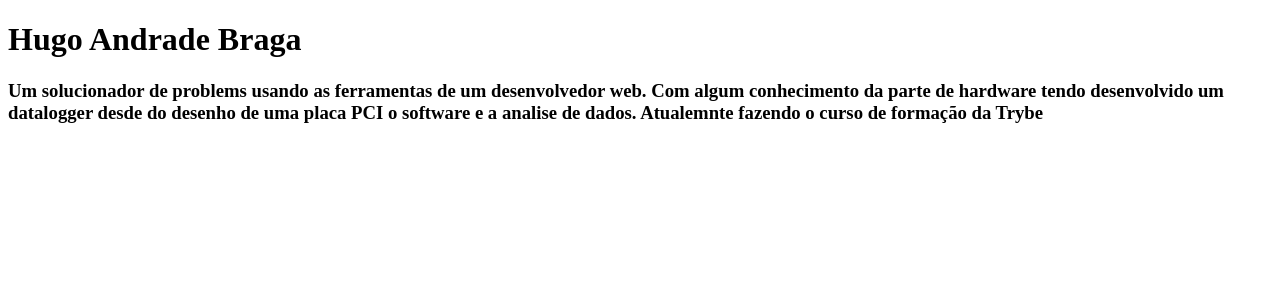
Repository: Hugobrr/trybe-exercises
Page: exercises/3_bloco/2_dia/Portifolio.html
An editor plug-in stored every save of this project. The page is shown before and after the next save, followed by the edit.
The browser window is 1280 px wide. The pictures show the whole page.

Above is the page before, as saved 2020-10-19 15:47:52.

After the next save:
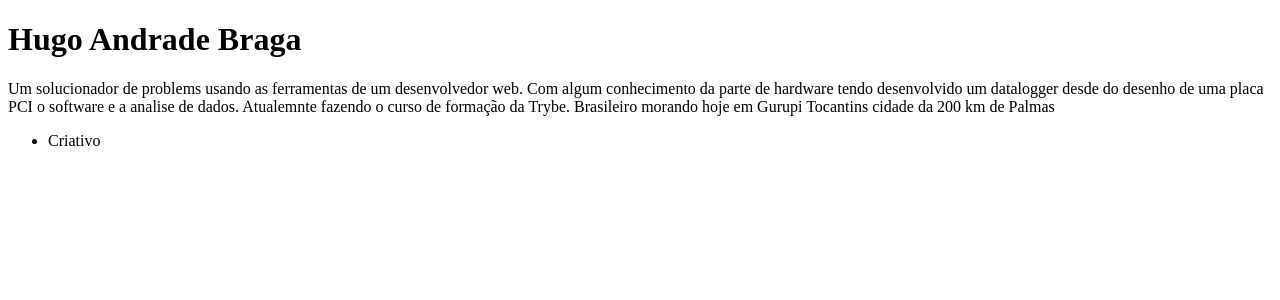
Saved 2 h 2 min later.
--- a/exercises/3_bloco/2_dia/Portifolio.html
+++ b/exercises/3_bloco/2_dia/Portifolio.html
@@ -7,6 +7,10 @@
 </head>
 <body>
     <H1>Hugo Andrade Braga</H1>
-    <H3>Um solucionador de problems usando as ferramentas de um desenvolvedor web. Com algum conhecimento  da parte de hardware tendo desenvolvido um datalogger desde do desenho de uma placa PCI o software e a analise de dados. Atualemnte fazendo o curso de formação da Trybe   </H3>
+    <p>Um solucionador de problems usando as ferramentas de um desenvolvedor web. Com algum conhecimento  da parte de hardware tendo desenvolvido um datalogger desde do desenho de uma placa PCI o software e a analise de dados. Atualemnte fazendo o curso de formação da Trybe. Brasileiro morando hoje em Gurupi Tocantins cidade da 200 km de Palmas    </p>
+    <ul>
+        <li>Criativo</li>
+
+    </ul>
 </body>
 </html>
